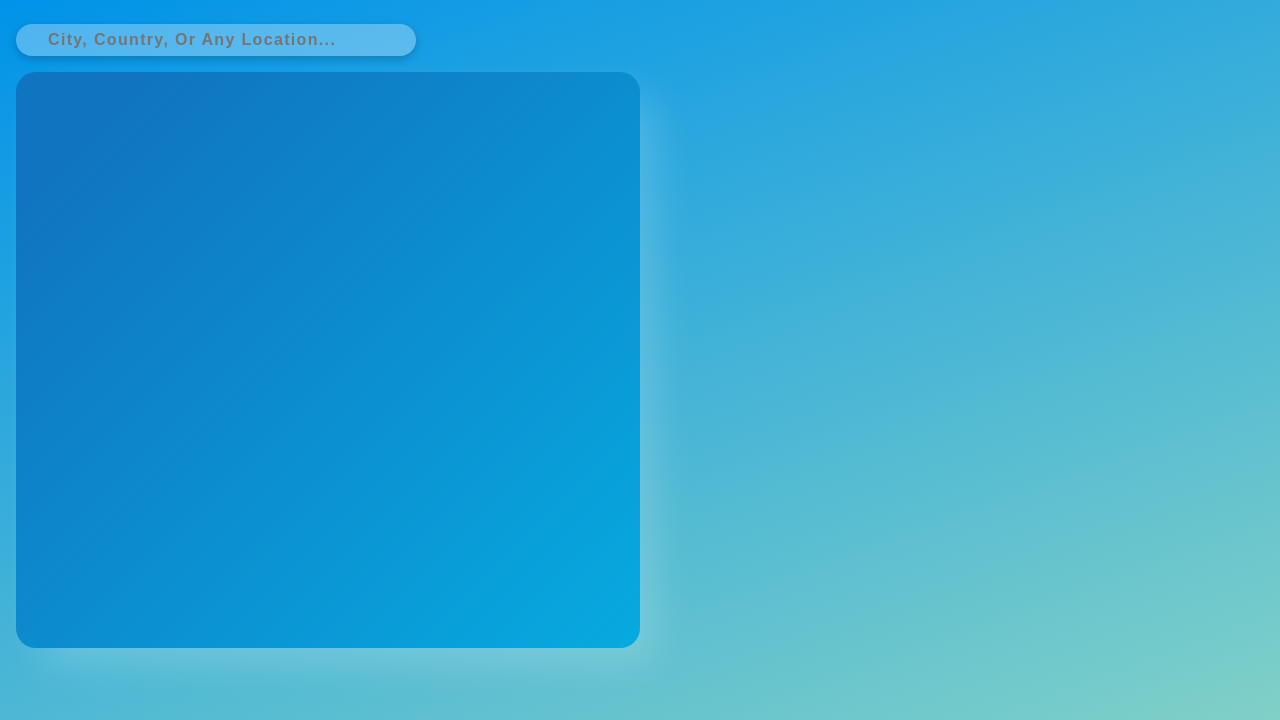
Repository: Haydenleung/weather-app-2024
Page: /
These files come from the project's save history. The page is drawn as it stood at one moment and after the next save; the edit follows.
The browser window is 1280 px wide. The pictures show the whole page.
The project was rebuilt for these pictures with package versions that can differ from the ones it lists, and the page was loaded fresh each time. The framework's server and built-in components were replaced by stand-ins that run in the browser. Also part of the build but not shown: next.config.mjs.

Above is the page before, as saved 2024-02-09 09:27:31.

### src/pages/index.tsx
import Image from "next/image";
import { useState } from 'react';
import { parseString } from 'xml2js';

import Container from "@/components/Container";

export default function Home() {

  const [location, setLocation] = useState();

  var apiKey = "1166e5ad9804e768305a6f5ad6b1e21c"
  // var cityName = "london"
  var currentUrl = `https://api.openweathermap.org/data/2.5/weather?q=${location}&units=metric&appid=${apiKey}`;
  var currentUrlXML = `https://api.openweathermap.org/data/2.5/weather?q=${location}&mode=xml&appid=${apiKey}`;
  var forecasrUrl = `https://api.openweathermap.org/data/2.5/forecast?q=${location}&units=metric&appid=${apiKey}`;

  const [data, setData] = useState<IWeatherProps[]>([]);
  const [date, setDate] = useState<IDateProps[]>([]);
  const [fData, setFData] = useState<IForecastProps[]>([]);


  const GrabInfo = async () => {
    try {
      await fetch(currentUrl)
        .then((res) => {
          if (!res.ok) {
            throw new Error('404 Error');
          }
          return res.json();
        })
        .then((data) => {
          console.log([data]);
          setData([data]);
        });

      await fetch(currentUrlXML)
        .then((res) => {
          if (!res.ok) {
            throw new Error('404 Error');
          }
          return res.text();
        })
        .then((date) => {
          parseString(date, (err: any, result: any) => {
            if (err) {
              throw new Error('404 Error');
            }
            console.log([result]);
            setDate([result]);
          });
        });
      await fetch(forecasrUrl)
        .then((res) => {
          if (!res.ok) {
            throw new Error('404 Error');
          }
          return res.json()
        })
        .then((fData) => {
          console.log([fData]);
          setFData([fData]);
        })
    } catch (error) {
      setData([])
      setDate([])
      setFData([])
    }
  };

  const handleChange = (event: any) => {
    setLocation(event.target.value);
  };

  const onFormSubmit = (e: any) => {
    e.preventDefault();
    GrabInfo()
  }

  return (
    <main className={"container"} >
      <form onSubmit={onFormSubmit} className={"searchForm"}>
        <input type="text" onChange={handleChange} value={location} className={"search"} placeholder={"City, country, or any location..."} />
        <button type="submit" className={"button"} />
      </form>
      <Container data={data} date={date} fData={fData} location={location} />
    </main >
  );
}

### src/styles/globals.css
* {
  font-family: Arial, Helvetica, sans-serif;
  color: white;
}

*,
*:before,
*:after {
  box-sizing: border-box;
}

.container {
  background: #e0e9f0;
  width: 100%;
  height: 100%;
  position: absolute;
  top: 0;
  left: 0;
  padding: 0.5rem 0rem;
  display: flex;
  flex-direction: column;
  background-color: #0093E9;
  background-image: linear-gradient(160deg, #0093E9 0%, #80D0C7 100%);
}

.button {
  display: none;
}

.searchForm {
  width: 20rem;
  padding: 1rem 1rem 0 1rem;
}

.search {
  height: 2rem;
  min-width: 25rem;
  border-radius: 99rem;
  border: none;
  padding: 0.3rem 2rem;
  font-size: 12pt;
  font-weight: 600;
  letter-spacing: 1pt;
  box-shadow: 0px 3px 8px rgba(0, 0, 0, 0.2);
  color: rgb(137, 137, 137);
  text-transform: capitalize;
  outline: none;
  background: rgba(255, 255, 255, 0.3);
}

.search:hover {
  transform: translateY(-1px);
}

.weatherContainer {
  flex-grow: 1;
  padding: 1rem;
  display: flex;
  flex-direction: row;
  gap: 1rem;
}

.today {
  display: flex;
  flex-direction: column;
  width: 50%;
  justify-content: center;
  align-items: center;
  background: rgba(255, 255, 255, 0.3);
  padding: 3rem;
  border-radius: 20px;
  /* border-left: 1px solid rgba(255, 255, 255, 0.3); */
  /* border-top: 1px solid rgba(255, 255, 255, 0.3); */
  backdrop-filter: blur(10px);
  box-shadow: 20px 20px 40px -6px rgba(255, 255, 255, 0.2);
  text-align: center;
  position: relative;
  transition: all 0.2s ease-in-out;
  height: 80vh;
  background-image: linear-gradient(135deg, #1074c0 10%, #07aae0 100%);
}

.temp {
  font-size: 92pt;
  font-weight: 800;
  /* color: white */
}

.main {
  font-size: 32pt;
  font-weight: 600;
  /* color: white; */

}

.subToday {
  display: flex;
  flex-direction: column;
  justify-content: center;
  align-items: center;
}

.forecast {
  display: flex;
  flex-direction: column;
  width: 50%;
  justify-content: center;
  align-items: center;
  border-radius: 20px;
  text-align: center;
  position: relative;
  transition: all 0.2s ease-in-out;
  height: 80vh;
  min-height: 15rem;
  gap: 1rem;
  /* background-color: red; */
}

.subForecast {
  display: flex;
  flex-direction: row;
  width: 100%;
  background: rgba(255, 255, 255, 0.3);
  border-radius: 20px;
  border-left: 1px solid rgba(255, 255, 255, 0.3);
  border-top: 1px solid rgba(255, 255, 255, 0.3);
  backdrop-filter: blur(10px);
  box-shadow: 20px 20px 40px -6px rgba(0, 0, 0, 0.2);
  text-align: center;
  position: relative;
  transition: all 0.2s ease-in-out;
  flex-grow: 1;
}

### src/components/Container/index.tsx

import { useState, useEffect } from 'react';

export default function Container(
    props: { data: IWeatherProps[], date: IDateProps[], fData: IForecastProps[], location: any }
) {

    // const [currentTemp, setCurrentTemp] = useState<number>();
    // const [currentWind, setcurrentWind] = useState<number>();
    // const [currentDate, setcurrentDate] = useState<string>();
    // const [currentMain, setcurrentMain] = useState<string>();
    // const [forcastTemp, setForcastTemp] = useState<number[]>([]);

    const [currentDate, setcurrentDate] = useState<string>();


    const formatDate = (tempDate: string) => {
        tempDate = tempDate?.substring(0, tempDate.search("T"));
        var day = new Date(Date.parse(tempDate)).getDate() + 1;
        var month = new Date(Date.parse(tempDate)).toLocaleString('default', { month: 'long' });
        var year = new Date(Date.parse(tempDate)).getFullYear();
        return (month + " " + day + ", " + year)
    }

    const formatDate2 = (tempDate: string) => {
        var day = new Date(Date.parse(tempDate)).getDate();
        var month = new Date(Date.parse(tempDate)).toLocaleString('default', { month: 'short' });
        var year = new Date(Date.parse(tempDate)).getFullYear();
        return (month + " " + day + ", " + year)
    }

    useEffect(() => {
        // Find Date
        // props.date && props.date.map((item: IDateProps) => {
        //     var tempDate = item.current.lastupdate[0].$.value;
        //     tempDate = tempDate?.substring(0, tempDate.search("T"))
        //     setcurrentDate(tempDate)
        // })

        // // Find Current Weather
        // props.data && props.data.map((item: IWeatherProps) => {
        //     // setCurrentTemp(item.main.temp)
        //     // setcurrentWind(item.wind.speed)
        //     // item.weather && item.weather.map((single: IWeatherSingleProps) => {
        //     //     setcurrentMain(single.main)
        //     // })
        // })

        // setForcastTemp([])
        // props.fData && props.fData.map((item: IForecastProps) => {
        //     item.list && item.list.map((single: IForecastListProps) => {
        //         setForcastTemp([...forcastTemp, single.main.temp])
        //         console.log(forcastTemp)
        //         single.wind.speed
        //         single.dt_txt
        //         single.weather && single.weather.map((second: IForecastWeatherProps) => {
        //             { second.main }
        //         })
        //     })

        // })
    })


    return (
        <div className={"weatherContainer"}>
            <div className={"today"}>
                {
                    props.date && props.date.map((item: IDateProps, index: number) => {
                        return (
                            <div key={index} style={{ margin: '15px' }}>
                                {
                                    item.current.lastupdate && item.current.lastupdate.map((single: IDateExactProps, indexTwo: number) => {
                                        return (
                                            <div key={indexTwo} >
                                                {formatDate(single.$.value)}
                                            </div>
                                        )
                                    })
                                }
                            </div>
                        )
                    })
                }
                {
                    props.data && props.data.map((item: IWeatherProps, index: number) => {
                        return (
                            <div key={index} className={"subToday"}>
                                < div className={"temp"} > {item.main.temp.toFixed(1)}°C</div>
                                {
                                    item.weather && item.weather.map((single: IWeatherSingleProps, indexTwo: number) => {
                                        return (
                                            <div key={indexTwo} className={"main"}>
                                                {single.main}
                                            </div>
                                        )
                                    })
                                }
                                <div>{item.wind.speed} m/s</div>
                            </div>
                        )
                    })
                }
            </div >

            {
                props.fData && props.fData.map((item: IForecastProps, index: number) => {
                    return (
                        <div key={index} className={"forecast"}>
                            {
                                item.list && item.list.map((single: IForecastListProps, indexTwo: number) => {
                                    return (
                                        single.dt_txt.search("00:00:00") > 0 &&
                                        (<div key={indexTwo} className={"subForecast"}>
                                            {single.main.temp.toFixed(1)}<br />
                                            {single.wind.speed}<br />
                                            {formatDate2(single.dt_txt)}
                                            {
                                                single.weather && single.weather.map((second: IForecastWeatherProps, indexThree: number) => {
                                                    return (
                                                        <div key={indexThree} >
                                                            {second.main}
                                                            {second.description}
                                                        </div>
                                                    )
                                                })
                                            }
                                        </div>)
                                    )
                                })
                            }
                        </div>
                    )
                })
            }


        </div >
    )
}

Loaded but not shown: src/pages/_app.tsx (common file); src/pages/_document.tsx (common file)

After the next save:
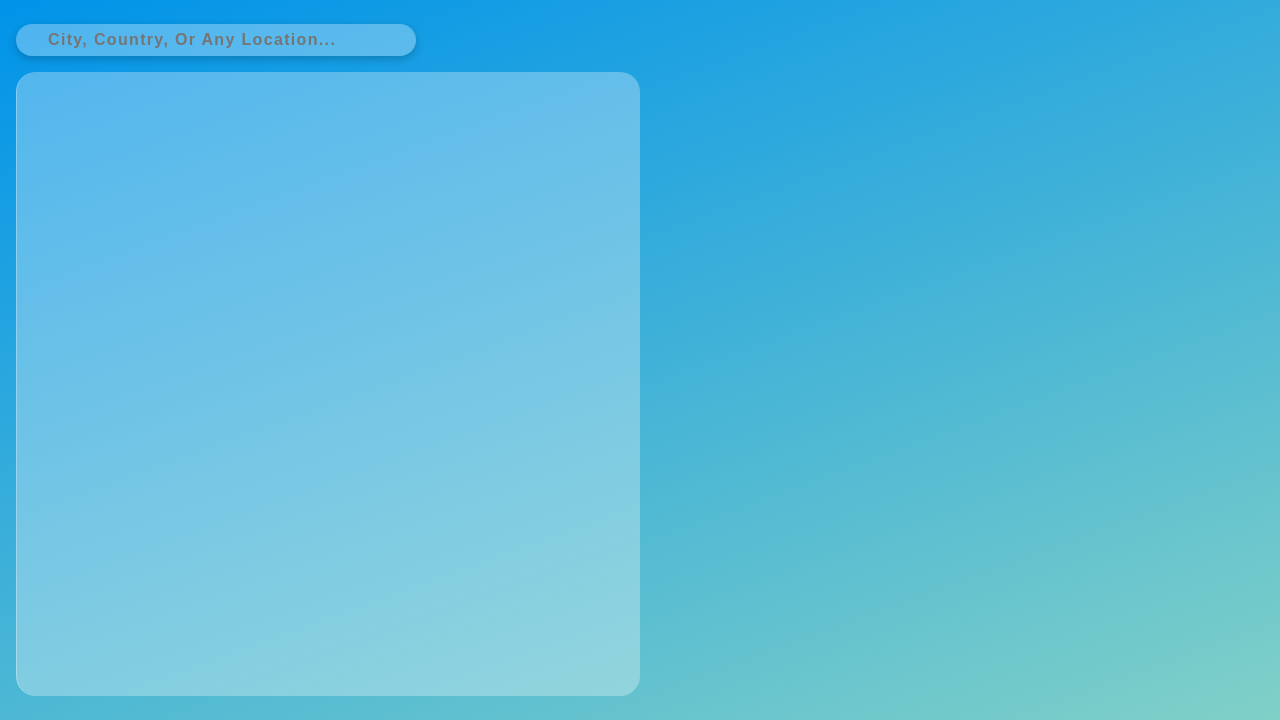
Saved 12 s later.
--- a/src/styles/globals.css
+++ b/src/styles/globals.css
@@ -69,8 +69,9 @@
   background: rgba(255, 255, 255, 0.3);
   padding: 3rem;
   border-radius: 20px;
-  /* border-left: 1px solid rgba(255, 255, 255, 0.3); */
-  /* border-top: 1px solid rgba(255, 255, 255, 0.3); */
+  border-left: 1px solid rgba(255, 255, 255, 0.3);
+  */
+  /* border-top: 1px solid rgba(255, 255, 255, 0.3);
   backdrop-filter: blur(10px);
   box-shadow: 20px 20px 40px -6px rgba(255, 255, 255, 0.2);
   text-align: center;

After the save that followed:
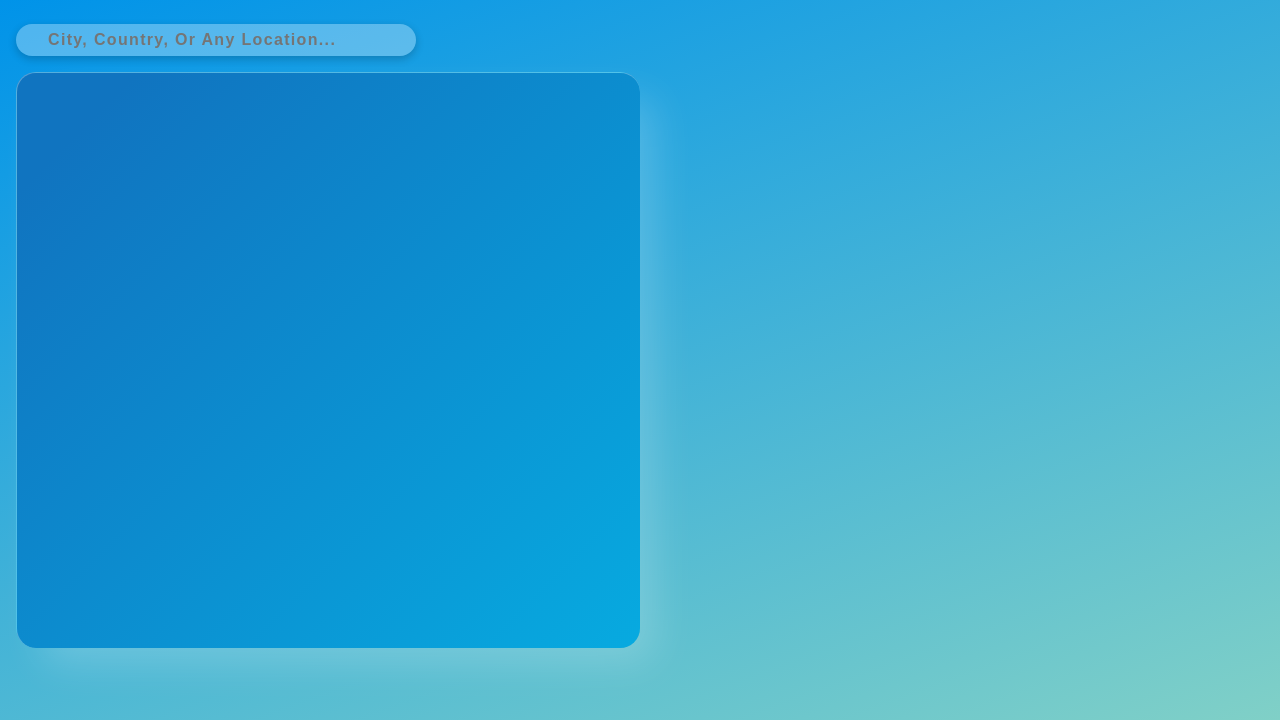
Saved 8 s later.
--- a/src/styles/globals.css
+++ b/src/styles/globals.css
@@ -70,8 +70,7 @@
   padding: 3rem;
   border-radius: 20px;
   border-left: 1px solid rgba(255, 255, 255, 0.3);
-  */
-  /* border-top: 1px solid rgba(255, 255, 255, 0.3);
+  border-top: 1px solid rgba(255, 255, 255, 0.3);
   backdrop-filter: blur(10px);
   box-shadow: 20px 20px 40px -6px rgba(255, 255, 255, 0.2);
   text-align: center;
